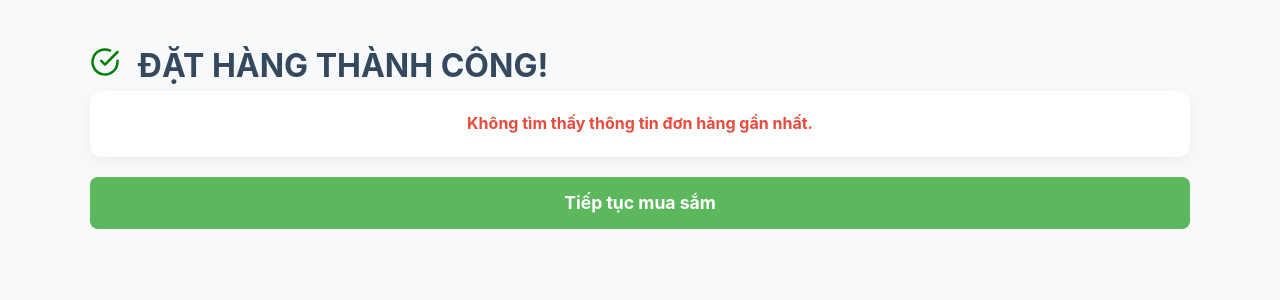
Repository: binhphanbp/ECMAScript_WEB501_WD20301
Page: Lab/Lab4/Lab444/view-order.html
The author's editor kept a copy of each file at every save. The page is drawn from the files as they stood at one save, then again after the next save.
The browser window is 1280 px wide. The pictures show the whole page.

Above is the page before, as saved 2025-09-30 10:15:19.

### Lab/Lab4/Lab444/view-order.html
<!DOCTYPE html>
<html lang="vi">
  <head>
    <meta charset="UTF-8" />
    <meta name="viewport" content="width=device-width, initial-scale=1.0" />
    <title>Chi tiết Đơn hàng</title>
    <link rel="stylesheet" href="style.css" />
  </head>
  <body>
    <main class="container">
      <h1 class="order-success-title">
        <svg
          xmlns="http://www.w3.org/2000/svg"
          width="30"
          height="30"
          viewBox="0 0 24 24"
          fill="none"
          stroke="currentColor"
          stroke-width="2"
          stroke-linecap="round"
          stroke-linejoin="round"
          style="color: green; margin-right: 10px"
        >
          <path d="M22 11.08V12a10 10 0 1 1-5.93-9.14"></path>
          <polyline points="22 4 12 14.01 9 11.01"></polyline>
        </svg>
        ĐẶT HÀNG THÀNH CÔNG!
      </h1>
      <div class="content-box">
        <div id="order-details-display">
          <p style="text-align: center; color: #7f8c8d">
            Đang tải thông tin đơn hàng...
          </p>
        </div>
      </div>
      <div style="margin-top: 20px">
        <a href="products.html" class="btn btn-primary">Tiếp tục mua sắm</a>
      </div>
    </main>

    <script src="main.js"></script>
  </body>
</html>

### Lab/Lab4/Lab444/style.css
/* ==========================================================
   1. VARIABLES & RESET
   ========================================================== */
:root {
  --primary-color: #1b4f72; /* Xanh Navy Đậm */
  --primary-dark: #0a3450; /* Xanh Gần Đen */
  --text-color: #34495e; /* Xám đậm */
  --background-color: #f8f9fa; /* Nền trang trắng/xám rất nhạt */
  --card-bg: #ffffff;
  --border-color: #e0e0e0;
  --shadow-light: 0 4px 15px rgba(0, 0, 0, 0.05);
  --spacing-lg: 30px;
  --spacing-md: 20px;
  --spacing-sm: 15px;
  --border-radius: 12px;
  --red-sale: #e74c3c; /* Giá sale */
  --blue-info: #2c3e50; /* Tiêu đề khối */
  --active-bg-light: #e6f7ff; /* Nền sáng khi active */
  --border-faint: 1px solid rgba(0, 0, 0, 0.08); /* Đường kẻ ngăn cách mờ */
}

* {
  box-sizing: border-box;
  margin: 0;
  padding: 0;
}

body {
  font-family: 'Inter', 'Arial', sans-serif;
  line-height: 1.6;
  color: var(--text-color);
  background-color: var(--background-color);
}

.container {
  width: 90%;
  max-width: 1100px;
  margin: 40px auto;
}

/* ẨN NÚT TĂNG GIẢM MẶC ĐỊNH CHO INPUT TYPE=NUMBER */
input[type='number']::-webkit-inner-spin-button,
input[type='number']::-webkit-outer-spin-button {
  -webkit-appearance: none;
  margin: 0;
}
input[type='number'] {
  -moz-appearance: textfield; /* Firefox */
}

/* ==========================================================
   2. LAYOUT & BOXES
   ========================================================== */
.main-layout {
  display: grid;
  grid-template-columns: 2fr 1.2fr;
  gap: var(--spacing-lg);
  align-items: flex-start;
}

.content-box {
  padding: var(--spacing-md);
  background: var(--card-bg);
  border-radius: var(--border-radius);
  box-shadow: var(--shadow-light);
}

h1.page-title {
  font-size: 1.8rem;
  color: var(--primary-dark);
  margin-bottom: var(--spacing-lg);
  display: flex;
  align-items: center;
}
h2 {
  font-size: 1.3rem;
  margin-bottom: var(--spacing-md);
  color: var(--blue-info);
}

/* ==========================================================
   3. BUTTONS & FORMS
   ========================================================== */
.btn {
  display: block;
  width: 100%;
  padding: 12px 20px;
  text-align: center;
  text-decoration: none;
  border-radius: 8px;
  font-weight: bold;
  cursor: pointer;
  transition: all 0.2s;
  border: none;
  font-size: 1.1rem;
}

.btn-primary {
  /* Đã đổi màu sang Xanh lá theo ảnh mẫu */
  background-color: #5cb85c;
  color: white;
}

.btn-primary:hover {
  background-color: #4cae4c;
  transform: translateY(-1px);
  box-shadow: 0 5px 15px rgba(92, 184, 92, 0.3);
}

.form-group {
  margin-bottom: var(--spacing-sm);
}
.form-group input,
.form-group textarea,
.form-group select {
  width: 100%;
  padding: 10px;
  border: 1px solid #ced4da;
  border-radius: 6px;
  font-size: 1rem;
  transition: all 0.2s;
}

/* ==========================================================
   4. CART PAGE SPECIFIC
   ========================================================== */
.cart-items-list {
  display: flex;
  flex-direction: column;
}
.cart-item {
  display: grid;
  grid-template-columns: 3fr 1fr 1fr 50px;
  gap: var(--spacing-sm);
  align-items: center;
  padding: var(--spacing-sm) 0;
  border-bottom: 1px solid var(--border-color);
}
.item-img-placeholder {
  width: 60px;
  height: 60px;
  min-width: 60px;
}
.item-actions {
  display: flex;
  gap: 10px;
}

/* Nút Cộng/Trừ làm đẹp hơn */
.quantity-control {
  display: flex;
  align-items: center;
  border: 1px solid var(--border-color);
  border-radius: 6px;
  overflow: hidden;
  height: 38px;
  width: 100px;
}
.quantity-control button {
  background: none;
  border: none;
  padding: 0 10px;
  height: 100%;
  cursor: pointer;
  font-weight: bold;
  color: var(--primary-color);
}
.quantity-control input {
  width: 40px;
  text-align: center;
  border-top: none;
  border-bottom: none;
  padding: 0;
  font-weight: 600;
}
.item-subtotal {
  text-align: right;
  font-weight: bold;
  color: var(--red-sale);
}

/* Voucher List Cải tiến */
.voucher-list {
  margin-bottom: var(--spacing-md);
  max-height: calc(3 * 70px + 10px);
  overflow-y: auto;
  padding-right: 10px;
  scrollbar-width: thin;
}
.voucher-item {
  padding: 12px;
  border: 1px solid var(--border-color);
  border-radius: 8px;
  margin-bottom: 8px;
}
.voucher-item strong {
  font-size: 1.1rem;
  color: var(--primary-dark);
}

/* ==========================================================
   5. CART & CHECKOUT SHARED SUMMARY (Đã Cập nhật Đường kẻ)
   ========================================================== */
.summary-box h2 {
  margin-bottom: var(--spacing-sm);
}
.summary-details {
  padding-bottom: var(--spacing-sm);
  border-bottom: var(--border-faint); /* Đường kẻ ngăn cách khối chính */
  margin-bottom: var(--spacing-md);
}
.summary-details .summary-line {
  display: flex;
  justify-content: space-between;
  padding: 8px 0; /* Khoảng cách giữa các dòng */
  font-size: 0.95rem;
}
.summary-details .summary-line.red {
  color: var(--red-sale);
  font-weight: 600;
}

.summary-total {
  display: flex;
  justify-content: space-between;
  align-items: flex-end;
  padding-top: var(--spacing-sm);
  margin-top: var(--spacing-md);
}
.summary-total h3:last-child {
  font-size: 2rem;
  color: #5cb85c; /* Đổi màu Tổng thành toán sang Xanh lá theo ảnh mẫu */
}

/* Phần Mã giảm giá và Phương thức thanh toán */
.payment-section,
.voucher-list-wrapper {
  padding-top: var(--spacing-sm);
  margin-top: var(--spacing-sm);
  border-top: var(--border-faint); /* Đường kẻ ngăn cách khối */
  margin-bottom: var(--spacing-md);
}

/* CHECKOUT SPECIFIC */
.checkout-page .content-box {
  padding: var(--spacing-lg); /* Tăng padding để trông thoáng hơn */
}
.shipping-header,
.payment-section {
  padding-top: 0;
  border-top: none;
}
.checkout-page .summary-box {
  padding: var(--spacing-md);
}

Loaded but not shown: Lab/Lab4/Lab444/main.js (576 lines, source omitted)

After the next save:
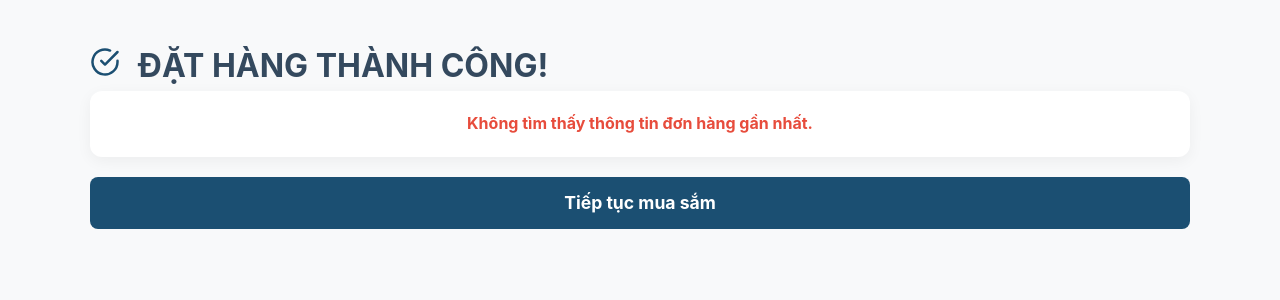
Saved 2 min 9 s later.
--- a/Lab/Lab4/Lab444/style.css
+++ b/Lab/Lab4/Lab444/style.css
@@ -64,6 +64,12 @@ input[type='number'] {
   border-radius: var(--border-radius);
   box-shadow: var(--shadow-light);
 }
+.checkout-page .content-box {
+  padding: var(--spacing-lg); /* Tăng padding để trông thoáng hơn */
+}
+.checkout-page .summary-box {
+  padding: var(--spacing-md);
+}
 
 h1.page-title {
   font-size: 1.8rem;
@@ -71,6 +77,10 @@ h1.page-title {
   margin-bottom: var(--spacing-lg);
   display: flex;
   align-items: center;
+}
+h1.page-title svg {
+  margin-right: 10px;
+  color: var(--primary-color);
 }
 h2 {
   font-size: 1.3rem;
@@ -96,15 +106,21 @@ h2 {
 }
 
 .btn-primary {
-  /* Đã đổi màu sang Xanh lá theo ảnh mẫu */
-  background-color: #5cb85c;
+  background-color: var(--primary-color); /* Khôi phục Xanh Navy */
   color: white;
 }
 
 .btn-primary:hover {
-  background-color: #4cae4c;
+  background-color: var(--primary-dark);
   transform: translateY(-1px);
-  box-shadow: 0 5px 15px rgba(92, 184, 92, 0.3);
+  box-shadow: 0 5px 15px rgba(27, 79, 114, 0.3);
+}
+
+.change-address-btn {
+  color: var(--primary-color);
+  text-decoration: none;
+  font-size: 0.9rem;
+  cursor: pointer;
 }
 
 .form-group {
@@ -136,14 +152,24 @@ h2 {
   padding: var(--spacing-sm) 0;
   border-bottom: 1px solid var(--border-color);
 }
+.item-info {
+  display: flex;
+  align-items: center;
+  gap: 15px;
+}
 .item-img-placeholder {
   width: 60px;
   height: 60px;
   min-width: 60px;
-}
-.item-actions {
-  display: flex;
-  gap: 10px;
+  background-color: #ecf0f1;
+  border-radius: 6px;
+  display: flex;
+  align-items: center;
+  justify-content: center;
+  font-weight: bold;
+  color: var(--text-color);
+  font-size: 0.8rem;
+  overflow: hidden;
 }
 
 /* Nút Cộng/Trừ làm đẹp hơn */
@@ -164,12 +190,15 @@ h2 {
   cursor: pointer;
   font-weight: bold;
   color: var(--primary-color);
+  transition: background-color 0.2s;
+}
+.quantity-control button:hover {
+  background-color: var(--active-bg-light);
 }
 .quantity-control input {
   width: 40px;
   text-align: center;
-  border-top: none;
-  border-bottom: none;
+  border: none;
   padding: 0;
   font-weight: 600;
 }
@@ -186,12 +215,27 @@ h2 {
   overflow-y: auto;
   padding-right: 10px;
   scrollbar-width: thin;
+  scrollbar-color: var(--primary-color) var(--border-color);
 }
 .voucher-item {
   padding: 12px;
   border: 1px solid var(--border-color);
   border-radius: 8px;
   margin-bottom: 8px;
+  cursor: pointer;
+  font-size: 0.9rem;
+  transition: all 0.2s;
+  display: flex;
+  justify-content: space-between;
+  align-items: center;
+  position: relative;
+  background-color: #f7f9fb;
+}
+.voucher-item.active {
+  border-color: var(--primary-color);
+  background-color: var(--active-bg-light);
+  font-weight: bold;
+  box-shadow: 0 0 0 2px var(--primary-color) inset;
 }
 .voucher-item strong {
   font-size: 1.1rem;
@@ -199,7 +243,7 @@ h2 {
 }
 
 /* ==========================================================
-   5. CART & CHECKOUT SHARED SUMMARY (Đã Cập nhật Đường kẻ)
+   5. CART & CHECKOUT SHARED SUMMARY (Đã Thêm Đường kẻ mờ)
    ========================================================== */
 .summary-box h2 {
   margin-bottom: var(--spacing-sm);
@@ -229,7 +273,7 @@ h2 {
 }
 .summary-total h3:last-child {
   font-size: 2rem;
-  color: #5cb85c; /* Đổi màu Tổng thành toán sang Xanh lá theo ảnh mẫu */
+  color: var(--primary-dark); /* Khôi phục màu Xanh Navy */
 }
 
 /* Phần Mã giảm giá và Phương thức thanh toán */
@@ -241,15 +285,7 @@ h2 {
   margin-bottom: var(--spacing-md);
 }
 
-/* CHECKOUT SPECIFIC */
-.checkout-page .content-box {
-  padding: var(--spacing-lg); /* Tăng padding để trông thoáng hơn */
-}
-.shipping-header,
-.payment-section {
-  padding-top: 0;
-  border-top: none;
-}
-.checkout-page .summary-box {
-  padding: var(--spacing-md);
-}
+/* VIEW ORDER */
+.order-success-title svg {
+  color: var(--primary-color) !important; /* Đảm bảo màu xanh Navy */
+}
